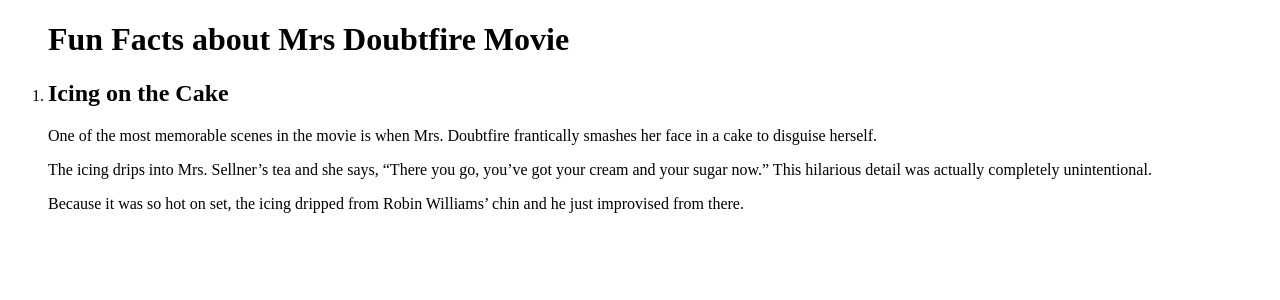
Repository: ItaConnell007/Brainnest-Main-HTML-Project
Page: fun-facts.html
These files come from the project's save history. The page is drawn as it stood at one moment and after the next save; the edit follows.
The browser window is 1280 px wide. The pictures show the whole page.

Above is the page before, as saved 2022-08-16 17:23:31.

### fun-facts.html
<!DOCTYPE html>
<html lang="en">

<head>
    <meta charset="UTF-8">
    <meta http-equiv="X-UA-Compatible" content="IE=edge">
    <meta name="viewport" content="width=device-width, initial-scale=1.0">
    <title>Top Secret</title>
</head>

<body>
    <ol>
        <h1> Fun Facts about Mrs Doubtfire Movie</h1>

        <li>

            <h2>Icing on the Cake</h2>
            One of the most memorable scenes in the movie is when Mrs. Doubtfire frantically smashes her face in a cake
            to
            disguise herself.

            <p> The icing drips into Mrs. Sellner’s tea and she says, “There you go, you’ve got your cream and your
                sugar now.”
                This hilarious detail was actually completely unintentional. </p>

            <p> Because it was so hot on set, the icing dripped from Robin Williams’ chin and he just improvised from
                there.</p>

        </li>

    </ol>
</body>

</html>

After the next save:
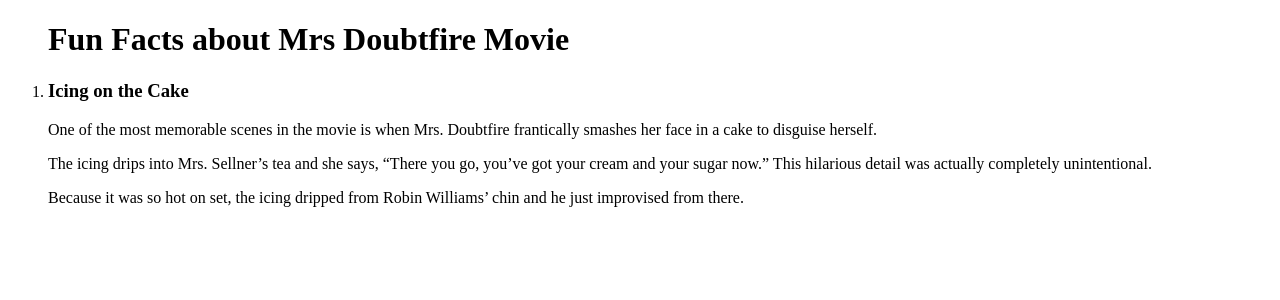
Saved 24 s later.
--- a/fun-facts.html
+++ b/fun-facts.html
@@ -14,7 +14,7 @@
 
         <li>
 
-            <h2>Icing on the Cake</h2>
+            <h3>Icing on the Cake</h3>
             One of the most memorable scenes in the movie is when Mrs. Doubtfire frantically smashes her face in a cake
             to
             disguise herself.
